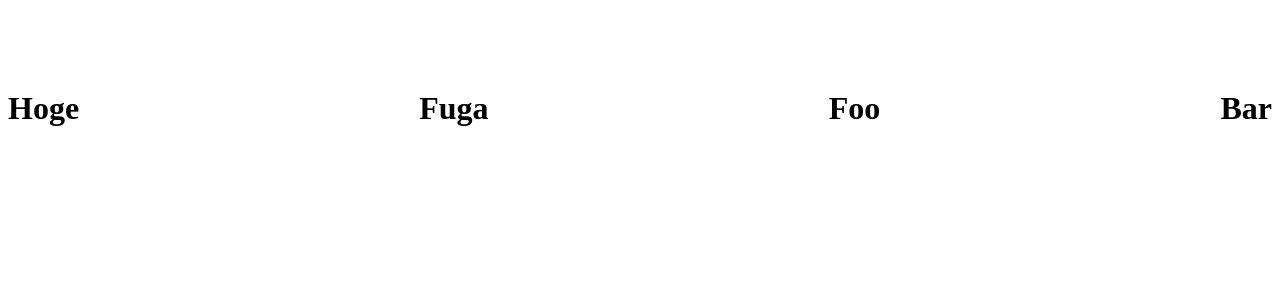
Repository: mizoguhi/mizoguhi
Page: 004_navigation/flex_navigation.html
The author's editor kept a record of every edit. The page is drawn from the files as they stood at one moment, then again after the next edit.
The browser window is 1280 px wide. The pictures show the whole page.

Above is the page before.

After the next edit:
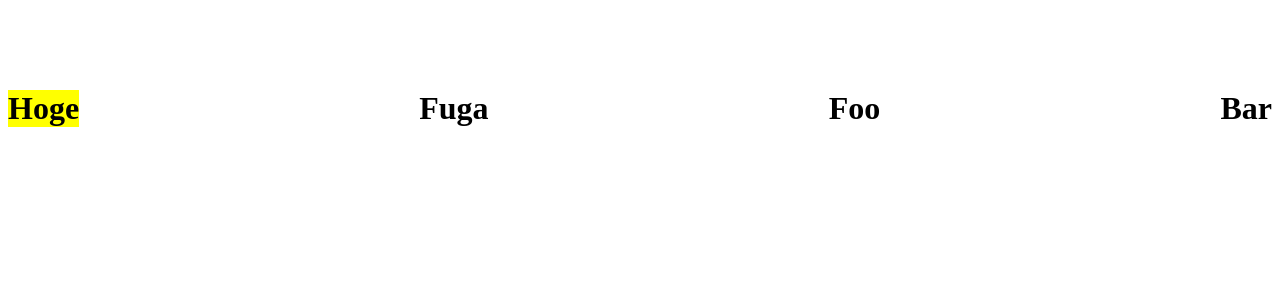
The edit:
--- a/004_navigation/flex_navigation.html
+++ b/004_navigation/flex_navigation.html
@@ -17,6 +17,11 @@
         #sort h1 {
             flex: 1 1 1 1;
         }
+
+        .y { background-color: yellow; }
+        .y { background-color: yellow; }
+        .y { background-color: yellow; }
+        .y { background-color: yellow; }
     </style>
 </head>
 <body>
